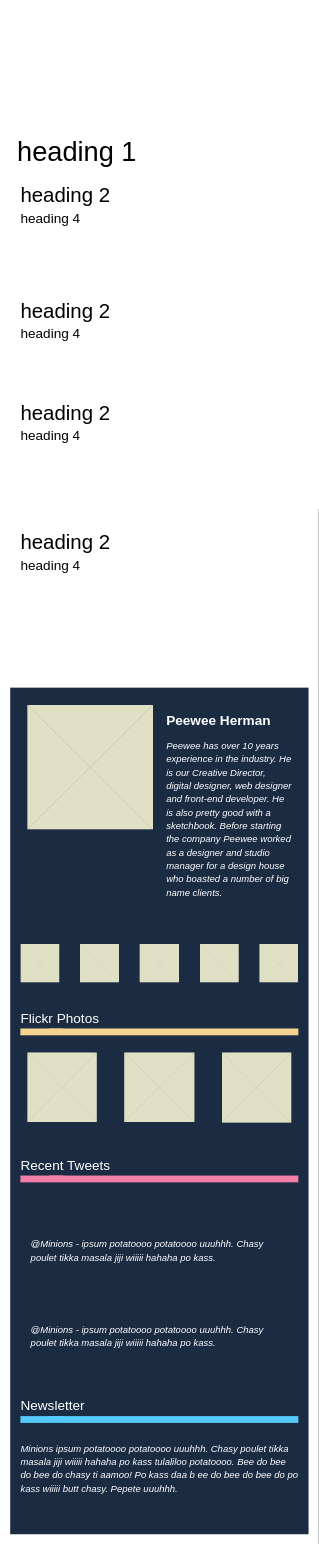
Repository: MonicaNguyenH/LAB-02A-Project1
Page: index.html
The author's editor kept a copy of each file at every save. The page is drawn from the files as they stood at one save, then again after the next save.
The browser window is 375 px wide. The pictures show the whole page, at 85% of full size.

Above is the page before, as saved 2024-02-06 20:35:31.

After the next save:
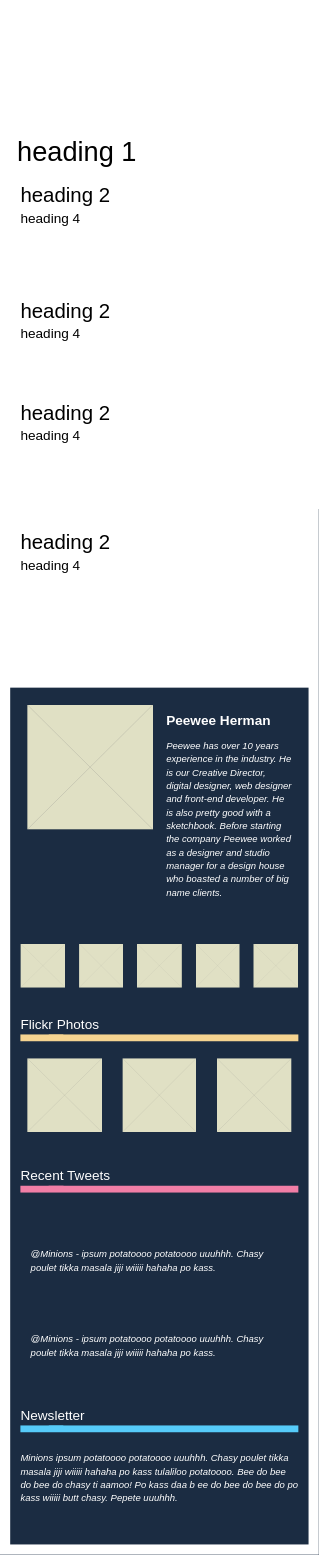
Saved 40 s later.
--- a/css/style.css
+++ b/css/style.css
@@ -117,7 +117,7 @@
     .row {
         margin: auto;
         max-width: 60rem;
-        column-gap: 1.5rem;
+        column-gap: 1rem;
         row-gap: 1.5rem;
     }
 
